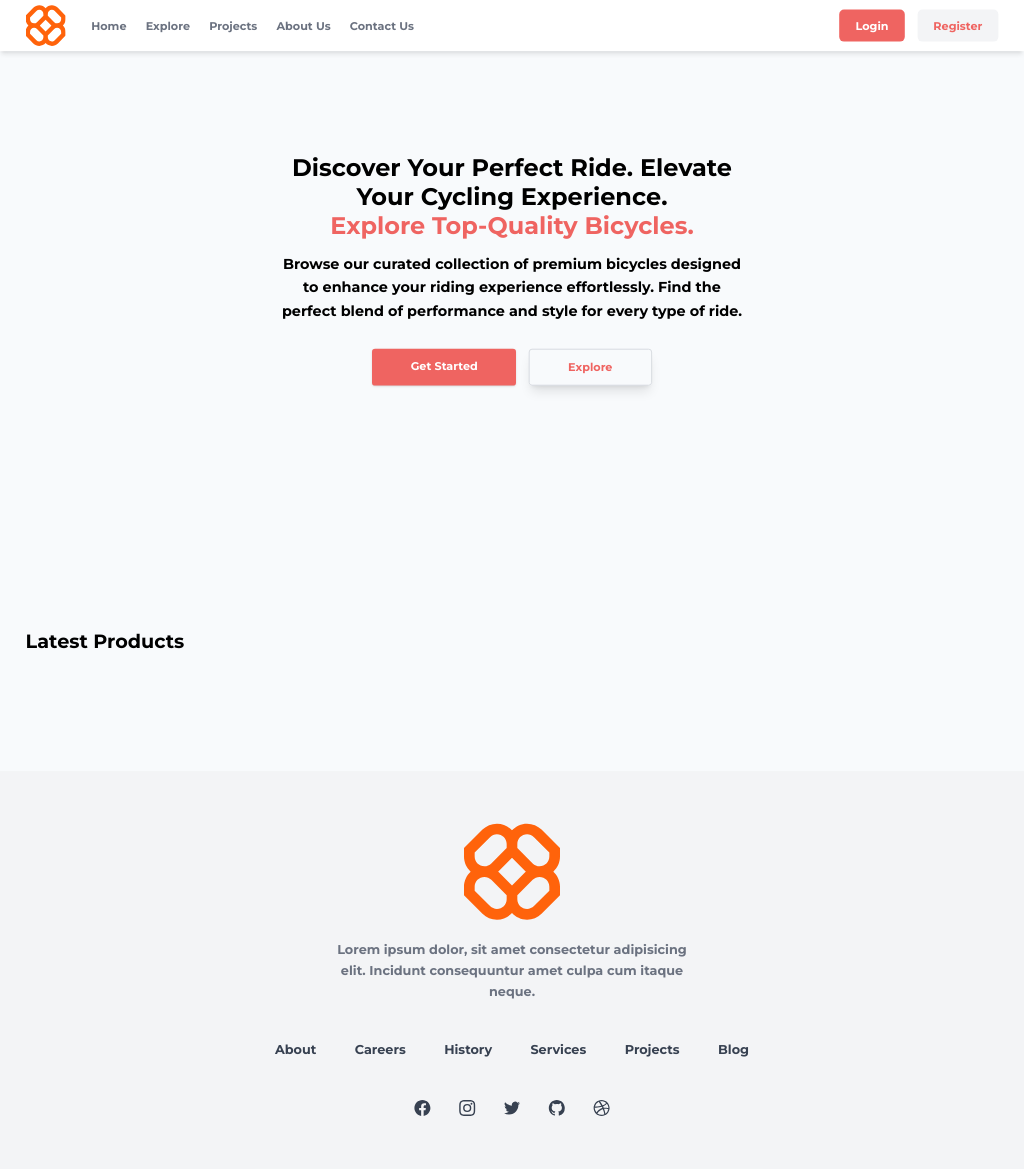
Repository: YahiaSala7/E-commerce-Project
Page: / (app in ecommerce/)
These files come from the project's save history. The page is drawn as it stood at one moment and after the next save; the edit follows.
The browser window is 1280 px wide. The pictures show the whole page, at 80% of full size.
The page's requests for data from a server got no answer. The project was rebuilt for these pictures with package versions that can differ from the ones it lists, and the page was loaded fresh each time. Some packages were replaced by stand-ins written for this rebuild. The framework's server and built-in components were replaced by stand-ins that run in the browser. No one was signed in, and anything a server would have sent is missing. Also part of the build but not shown: ecommerce/next.config.mjs, ecommerce/app/_Components/Cart.jsx, ecommerce/app/_Components/ProductItem.jsx.

Above is the page before, as saved 2024-07-30 20:58:00.

### ecommerce/app/layout.js
"use client";
import { Montserrat } from "next/font/google";
import "./globals.css";
import Header from "./_Components/Header";
import Footer from "./_Components/Footer";
import { ClerkProvider } from "@clerk/nextjs";
import { cartContext } from "./_context/cartContext";
import { useState } from "react";
const inter = Montserrat({ subsets: ["latin"], weight: "700" });

// export const metadata = {
//   title: "Create Next App",
//   description: "Generated by create next app",
// };

export default function RootLayout({ children }) {
  const [cart, setCart] = useState([]);
  return (
    <ClerkProvider>
      <cartContext.Provider value={{ cart, setCart }}>
        <html lang="en">
          <body className={inter.className}>
            <Header />
            {children}
            <Footer />
          </body>
        </html>
      </cartContext.Provider>
    </ClerkProvider>
  );
}

### ecommerce/app/page.js
import Image from "next/image";
import Hero from "./_Components/Hero";
import ProductsSection from "./_Components/ProductsSection";

export default function Home() {
  return (
    <div className="home">
      <Hero />
      <ProductsSection />
    </div>
  );
}

### ecommerce/app/globals.css
@tailwind base;
@tailwind components;
@tailwind utilities;

:root {
  /* --foreground-rgb: 0, 0, 0; */
  /* --background-start-rgb: 214, 219, 220;
  --background-end-rgb: 255, 255, 255; */

}

@media (prefers-color-scheme: dark) {
  :root {
    /* --foreground-rgb: 0, 0, 0; */
    /* --background-start-rgb: 0, 0, 0;
    --background-end-rgb: 0, 0, 0; */
  }
}

body {
  @apply bg-slate-50 scroll-smooth
  /* color: rgb(var(--foreground-rgb)); */
  /* background: linear-gradient(
      to bottom,
      transparent,
      rgb(var(--background-end-rgb))
    )
    rgb(var(--background-start-rgb)); */
}

@layer utilities {
  .text-balance {
    text-wrap: balance;
  }
}
.container{
  @apply mx-auto px-4 sm:px-6 lg:px-8
}

### ecommerce/app/_Components/Header.jsx
"use client";
import { UserButton, useUser } from "@clerk/nextjs";
import { ShoppingCart } from "lucide-react";
import React, { useContext, useEffect, useState } from "react";
import { cartContext } from "../_context/cartContext";
import cartApis from "../_utils/cartApis";
import Cart from "./Cart";
function Header() {
  const { user } = useUser();
  const [isCartOpen, setIsCartOpen] = useState(false);
  const { cart, setCart } = useContext(cartContext);
  useEffect(() => {
    user && getCartItems();
  }, [user]);
  const getCartItems = () => {
    cartApis
      .getUserCartItems(user.primaryEmailAddress.emailAddress)
      .then((res) => {
        console.log("response from cart items", res?.data?.data);
        res?.data?.data.forEach((citem) => {
          setCart((oldCart) => [
            ...oldCart,
            {
              id: citem.id,
              product: citem?.attributes?.products?.data[0],
            },
          ]);
        });
      });
  };
  return (
    <header className="bg-white shadow-md">
      <div className="container flex items-center h-16 max-w-screen-xl gap-8 px-4 mx-auto sm:px-6 lg:px-8">
        <img src="/logo.svg" width={"50px"} height={"50px"} />

        <div className="flex items-center justify-end flex-1 md:justify-between">
          <nav aria-label="Global" className="hidden md:block">
            <ul className="flex items-center gap-6 text-sm">
              <li>
                <a
                  className="text-gray-500 transition hover:text-gray-500/75"
                  href="/">
                  {" "}
                  Home{" "}
                </a>
              </li>

              <li>
                <a
                  className="text-gray-500 transition hover:text-gray-500/75"
                  href="#">
                  {" "}
                  Explore{" "}
                </a>
              </li>

              <li>
                <a
                  className="text-gray-500 transition hover:text-gray-500/75"
                  href="#">
                  {" "}
                  Projects{" "}
                </a>
              </li>

              <li>
                <a
                  className="text-gray-500 transition hover:text-gray-500/75"
                  href="#">
                  {" "}
                  About Us{" "}
                </a>
              </li>

              <li>
                <a
                  className="text-gray-500 transition hover:text-gray-500/75"
                  href="#">
                  {" "}
                  Contact Us{" "}
                </a>
              </li>
            </ul>
          </nav>

          {!user ? (
            <div className="flex items-center gap-4">
              <div className="sm:flex sm:gap-4">
                <a
                  className="block rounded-md bg-primary px-5 py-2.5 text-sm font-medium text-white transition hover:bg-secondary "
                  href="/sign-in">
                  Login
                </a>

                <a
                  className="hidden rounded-md bg-gray-100 px-5 py-2.5 text-sm font-medium text-primary transition hover:text-secondary sm:block"
                  href="/sign-up">
                  Register
                </a>
              </div>

              <button className="block rounded bg-gray-100 p-2.5 text-gray-600 transition hover:text-gray-600/75 md:hidden">
                <span className="sr-only">Toggle menu</span>
                <svg
                  xmlns="http://www.w3.org/2000/svg"
                  className="w-5 h-5"
                  fill="none"
                  viewBox="0 0 24 24"
                  stroke="currentColor"
                  strokeWidth="2">
                  <path
                    strokeLinecap="round"
                    strokeLinejoin="round"
                    d="M4 6h16M4 12h16M4 18h16"
                  />
                </svg>
              </button>
            </div>
          ) : (
            <div className="flex items-center gap-5">
              <h2 className="flex items-center gap-2">
                <ShoppingCart onClick={() => setIsCartOpen(!isCartOpen)} />(
                {cart?.length})
              </h2>
              <UserButton afterSwitchSessionUrl="/" />
              {isCartOpen ? <Cart /> : ""}
            </div>
          )}
        </div>
      </div>
    </header>
  );
}

export default Header;

### ecommerce/app/_Components/Footer.jsx
" use client";
import { useUser } from "@clerk/nextjs";
import Image from "next/image";
import React from "react";

function Footer() {
  const { user } = useUser();
  return (
    <footer className="mt-32 bg-gray-100">
      <div className="max-w-5xl px-4 py-16 mx-auto sm:px-6 lg:px-8">
        <div className="flex justify-center text-teal-600">
          <Image src="/logo.svg" alt="logo" width={120} height={70} />
        </div>

        <p className="max-w-md mx-auto mt-6 leading-relaxed text-center text-gray-500">
          Lorem ipsum dolor, sit amet consectetur adipisicing elit. Incidunt
          consequuntur amet culpa cum itaque neque.
        </p>

        <ul className="flex flex-wrap justify-center gap-6 mt-12 md:gap-8 lg:gap-12">
          <li>
            <a
              className="text-gray-700 transition hover:text-gray-700/75"
              href="/">
              About
            </a>
          </li>

          <li>
            <a
              className="text-gray-700 transition hover:text-gray-700/75"
              href="/">
              Careers
            </a>
          </li>

          <li>
            <a
              className="text-gray-700 transition hover:text-gray-700/75"
              href="/">
              {" "}
              History{" "}
            </a>
          </li>

          <li>
            <a
              className="text-gray-700 transition hover:text-gray-700/75"
              href="/">
              {" "}
              Services{" "}
            </a>
          </li>

          <li>
            <a
              className="text-gray-700 transition hover:text-gray-700/75"
              href="/">
              {" "}
              Projects{" "}
            </a>
          </li>

          <li>
            <a
              className="text-gray-700 transition hover:text-gray-700/75"
              href="/">
              {" "}
              Blog{" "}
            </a>
          </li>
        </ul>

        <ul className="flex justify-center gap-6 mt-12 md:gap-8">
          <li>
            <a
              href="/"
              rel="noreferrer"
              target="_blank"
              className="text-gray-700 transition hover:text-gray-700/75">
              <span className="sr-only">Facebook</span>
              <svg
                className="w-6 h-6"
                fill="currentColor"
                viewBox="0 0 24 24"
                aria-hidden="true">
                <path
                  fillRule="evenodd"
                  d="M22 12c0-5.523-4.477-10-10-10S2 6.477 2 12c0 4.991 3.657 9.128 8.438 9.878v-6.987h-2.54V12h2.54V9.797c0-2.506 1.492-3.89 3.777-3.89 1.094 0 2.238.195 2.238.195v2.46h-1.26c-1.243 0-1.63.771-1.63 1.562V12h2.773l-.443 2.89h-2.33v6.988C18.343 21.128 22 16.991 22 12z"
                  clipRule="evenodd"
                />
              </svg>
            </a>
          </li>

          <li>
            <a
              href="/"
              rel="noreferrer"
              target="_blank"
              className="text-gray-700 transition hover:text-gray-700/75">
              <span className="sr-only">Instagram</span>
              <svg
                className="w-6 h-6"
                fill="currentColor"
                viewBox="0 0 24 24"
                aria-hidden="true">
                <path
                  fillRule="evenodd"
                  d="M12.315 2c2.43 0 2.784.013 3.808.06 1.064.049 1.791.218 2.427.465a4.902 4.902 0 011.772 1.153 4.902 4.902 0 011.153 1.772c.247.636.416 1.363.465 2.427.048 1.067.06 1.407.06 4.123v.08c0 2.643-.012 2.987-.06 4.043-.049 1.064-.218 1.791-.465 2.427a4.902 4.902 0 01-1.153 1.772 4.902 4.902 0 01-1.772 1.153c-.636.247-1.363.416-2.427.465-1.067.048-1.407.06-4.123.06h-.08c-2.643 0-2.987-.012-4.043-.06-1.064-.049-1.791-.218-2.427-.465a4.902 4.902 0 01-1.772-1.153 4.902 4.902 0 01-1.153-1.772c-.247-.636-.416-1.363-.465-2.427-.047-1.024-.06-1.379-.06-3.808v-.63c0-2.43.013-2.784.06-3.808.049-1.064.218-1.791.465-2.427a4.902 4.902 0 011.153-1.772A4.902 4.902 0 015.45 2.525c.636-.247 1.363-.416 2.427-.465C8.901 2.013 9.256 2 11.685 2h.63zm-.081 1.802h-.468c-2.456 0-2.784.011-3.807.058-.975.045-1.504.207-1.857.344-.467.182-.8.398-1.15.748-.35.35-.566.683-.748 1.15-.137.353-.3.882-.344 1.857-.047 1.023-.058 1.351-.058 3.807v.468c0 2.456.011 2.784.058 3.807.045.975.207 1.504.344 1.857.182.466.399.8.748 1.15.35.35.683.566 1.15.748.353.137.882.3 1.857.344 1.054.048 1.37.058 4.041.058h.08c2.597 0 2.917-.01 3.96-.058.976-.045 1.505-.207 1.858-.344.466-.182.8-.398 1.15-.748.35-.35.566-.683.748-1.15.137-.353.3-.882.344-1.857.048-1.055.058-1.37.058-4.041v-.08c0-2.597-.01-2.917-.058-3.96-.045-.976-.207-1.505-.344-1.858a3.097 3.097 0 00-.748-1.15 3.098 3.098 0 00-1.15-.748c-.353-.137-.882-.3-1.857-.344-1.023-.047-1.351-.058-3.807-.058zM12 6.865a5.135 5.135 0 110 10.27 5.135 5.135 0 010-10.27zm0 1.802a3.333 3.333 0 100 6.666 3.333 3.333 0 000-6.666zm5.338-3.205a1.2 1.2 0 110 2.4 1.2 1.2 0 010-2.4z"
                  clipRule="evenodd"
                />
              </svg>
            </a>
          </li>

          <li>
            <a
              href="/"
              rel="noreferrer"
              target="_blank"
              className="text-gray-700 transition hover:text-gray-700/75">
              <span className="sr-only">Twitter</span>
              <svg
                className="w-6 h-6"
                fill="currentColor"
                viewBox="0 0 24 24"
                aria-hidden="true">
                <path d="M8.29 20.251c7.547 0 11.675-6.253 11.675-11.675 0-.178 0-.355-.012-.53A8.348 8.348 0 0022 5.92a8.19 8.19 0 01-2.357.646 4.118 4.118 0 001.804-2.27 8.224 8.224 0 01-2.605.996 4.107 4.107 0 00-6.993 3.743 11.65 11.65 0 01-8.457-4.287 4.106 4.106 0 001.27 5.477A4.072 4.072 0 012.8 9.713v.052a4.105 4.105 0 003.292 4.022 4.095 4.095 0 01-1.853.07 4.108 4.108 0 003.834 2.85A8.233 8.233 0 012 18.407a11.616 11.616 0 006.29 1.84" />
              </svg>
            </a>
          </li>

          <li>
            <a
              href="/"
              rel="noreferrer"
              target="_blank"
              className="text-gray-700 transition hover:text-gray-700/75">
              <span className="sr-only">GitHub</span>
              <svg
                className="w-6 h-6"
                fill="currentColor"
                viewBox="0 0 24 24"
                aria-hidden="true">
                <path
                  fillRule="evenodd"
                  d="M12 2C6.477 2 2 6.484 2 12.017c0 4.425 2.865 8.18 6.839 9.504.5.092.682-.217.682-.483 0-.237-.008-.868-.013-1.703-2.782.605-3.369-1.343-3.369-1.343-.454-1.158-1.11-1.466-1.11-1.466-.908-.62.069-.608.069-.608 1.003.07 1.531 1.032 1.531 1.032.892 1.53 2.341 1.088 2.91.832.092-.647.35-1.088.636-1.338-2.22-.253-4.555-1.113-4.555-4.951 0-1.093.39-1.988 1.029-2.688-.103-.253-.446-1.272.098-2.65 0 0 .84-.27 2.75 1.026A9.564 9.564 0 0112 6.844c.85.004 1.705.115 2.504.337 1.909-1.296 2.747-1.027 2.747-1.027.546 1.379.202 2.398.1 2.651.64.7 1.028 1.595 1.028 2.688 0 3.848-2.339 4.695-4.566 4.943.359.309.678.92.678 1.855 0 1.338-.012 2.419-.012 2.747 0 .268.18.58.688.482A10.019 10.019 0 0022 12.017C22 6.484 17.522 2 12 2z"
                  clipRule="evenodd"
                />
              </svg>
            </a>
          </li>

          <li>
            <a
              href="/"
              rel="noreferrer"
              target="_blank"
              className="text-gray-700 transition hover:text-gray-700/75">
              <span className="sr-only">Dribbble</span>
              <svg
                className="w-6 h-6"
                fill="currentColor"
                viewBox="0 0 24 24"
                aria-hidden="true">
                <path
                  fillRule="evenodd"
                  d="M12 2C6.48 2 2 6.48 2 12s4.48 10 10 10c5.51 0 10-4.48 10-10S17.51 2 12 2zm6.605 4.61a8.502 8.502 0 011.93 5.314c-.281-.054-3.101-.629-5.943-.271-.065-.141-.12-.293-.184-.445a25.416 25.416 0 00-.564-1.236c3.145-1.28 4.577-3.124 4.761-3.362zM12 3.475c2.17 0 4.154.813 5.662 2.148-.152.216-1.443 1.941-4.48 3.08-1.399-2.57-2.95-4.675-3.189-5A8.687 8.687 0 0112 3.475zm-3.633.803a53.896 53.896 0 013.167 4.935c-3.992 1.063-7.517 1.04-7.896 1.04a8.581 8.581 0 014.729-5.975zM3.453 12.01v-.26c.37.01 4.512.065 8.775-1.215.25.477.477.965.694 1.453-.109.033-.228.065-.336.098-4.404 1.42-6.747 5.303-6.942 5.629a8.522 8.522 0 01-2.19-5.705zM12 20.547a8.482 8.482 0 01-5.239-1.8c.152-.315 1.888-3.656 6.703-5.337.022-.01.033-.01.054-.022a35.318 35.318 0 011.823 6.475 8.4 8.4 0 01-3.341.684zm4.761-1.465c-.086-.52-.542-3.015-1.659-6.084 2.679-.423 5.022.271 5.314.369a8.468 8.468 0 01-3.655 5.715z"
                  clipRule="evenodd"
                />
              </svg>
            </a>
          </li>
        </ul>
      </div>
    </footer>
  );
}

export default Footer;

### ecommerce/app/_context/cartContext.js
import { createContext } from "react";

export const cartContext = createContext(null);

### ecommerce/app/_Components/Hero.jsx
"use client";
import { useUser } from "@clerk/nextjs";
import React from "react";

function Hero() {
  const handlescroll = () => {
    window.scrollBy({
      top: 700,
      behavior: "smooth",
    });
  };
  const { user } = useUser();
  return (
    <section className="">
      <div className="max-w-screen-xl px-4 py-32 mx-auto lg:flex lg:h-screen">
        <div className="max-w-xl mx-auto text-center">
          <h1 className="text-2xl font-extrabold sm:text-3xl ">
            Discover Your Perfect Ride. Elevate Your Cycling Experience.
            <strong className="font-extrabold text-primary sm:block">
              {" "}
              Explore Top-Quality Bicycles.{" "}
            </strong>
          </h1>

          <p className="mt-4 sm:text-[18px]/relaxed">
            Browse our curated collection of premium bicycles designed to
            enhance your riding experience effortlessly. Find the perfect blend
            of performance and style for every type of ride.
          </p>

          <div className="flex flex-wrap justify-center gap-4 mt-8">
            {!user && (
              <a
                className="block w-full px-12 py-3 text-sm font-medium text-white rounded shadow bg-primary hover:bg-secondary focus:outline-none focus:ring active:bg-red-500 sm:w-auto scroll-smooth"
                href="/sign-up">
                Get Started
              </a>
            )}
            <button
              className="block w-full px-12 py-3 text-sm font-medium border border-gray-300 rounded shadow-lg text-primary hover:text-secondary focus:outline-none focus:ring active:text-red-500 sm:w-auto"
              onClick={() => handlescroll()}>
              Explore
            </button>
          </div>
        </div>
      </div>
    </section>
  );
}

export default Hero;

### ecommerce/app/_Components/ProductsSection.jsx
import React from "react";
import LatestProducts from "./LatestProducts";
import { ArrowRight } from "lucide-react";

function ProductsSection() {
  return (
    <>
      <div className="flex items-center justify-between px-4 pb-4 mx-auto latest-products sm:px-6 lg:px-8">
        <h2 className="text-[14px] sm:text-[20px] md:text-[24px] xs:text-[18px]">
          Latest Products
        </h2>
        {/* <h4 className="text-primary flex  items-center text-[14px] sm:text-[20px] md:text-[24px] xs:text-[18px]">
          View all collection{" "}
          <ArrowRight className="w-4 h-4 text-primary mt-[1px]" />{" "}
        </h4> */}
      </div>
      <LatestProducts />
    </>
  );
}

export default ProductsSection;

### ecommerce/app/_utils/cartApis.js
const { default: dataFetching } = require("./dataFetching");

const addToCart = (payload) => dataFetching.post("/carts", payload);
const getUserCartItems = (email) =>
  dataFetching.get(
    `carts?populate[products][populate]=image&filters[email][$eq]=${email}`
  );
const deleteCartItem = (id) => dataFetching.delete(`/carts/${id}`);

export default { addToCart, getUserCartItems, deleteCartItem };

### ecommerce/app/_Components/LatestProducts.jsx
"use client";
import React, { useEffect, useState } from "react";
import ProdcutApis from "../_utils/ProdcutApis";
import ProductItem from "./ProductItem";

function LatestProducts() {
  const [latestProducts, setLatestProducts] = useState([]);
  useEffect(() => {
    getLatestProducts_();
  }, []);
  const getLatestProducts_ = () => {
    ProdcutApis.getLatestProducts().then((res) => {
      setLatestProducts(res.data.data);
    });
  };

  return (
    <div className="grid grid-cols-2 gap-3 px-4 mx-auto sm:grid-col-3 md:grid-cols-4 sm:px-6 lg:px-8">
      {latestProducts?.map((product) => (
        <ProductItem key={product.id} product={product} />
      ))}
    </div>
  );
}

export default LatestProducts;

### ecommerce/app/_utils/dataFetching.js
const { default: axios } = require("axios");

const apiKey = process.env.NEXT_PUBLIC_REST_API_KEY;
const baseUrl = "http://localhost:1337/api";

const dataFetching = axios.create({
  baseURL: baseUrl,
  headers: {
    Authorization: `Bearer ${apiKey}`,
  },
});

export default dataFetching;

### ecommerce/app/_utils/ProdcutApis.js
const { default: dataFetching } = require("./dataFetching");

const getLatestProducts = () => dataFetching.get("/products?populate=*");
const getProductById = (id) => dataFetching.get(`/products/${id}?populate=*`);
const getProductByCategory = (category) =>
  dataFetching.get(`/products?filters[category][$eq]=${category}&populate=*`);
export default {
  getLatestProducts,
  getProductById,
  getProductByCategory,
};

### ecommerce/tailwind.config.js
/** @type {import('tailwindcss').Config} */
module.exports = {
  content: [
    "./pages/**/*.{js,ts,jsx,tsx,mdx}",
    "./components/**/*.{js,ts,jsx,tsx,mdx}",
    "./app/**/*.{js,ts,jsx,tsx,mdx}",
  ],
  theme: {
    extend: {
      backgroundImage: {
        "gradient-radial": "radial-gradient(var(--tw-gradient-stops))",
        "gradient-conic":
          "conic-gradient(from 180deg at 50% 50%, var(--tw-gradient-stops))",
      },
      colors: {
        primary: "#EF6461",
        secondary: " #B83D3A",
      },
      screens: {
        xs: "480px", // Custom breakpoint for extra small devices
        "3xl": "1600px", // Custom breakpoint for very large screens
      },
    },
  },
  plugins: [],
};

After the next save:
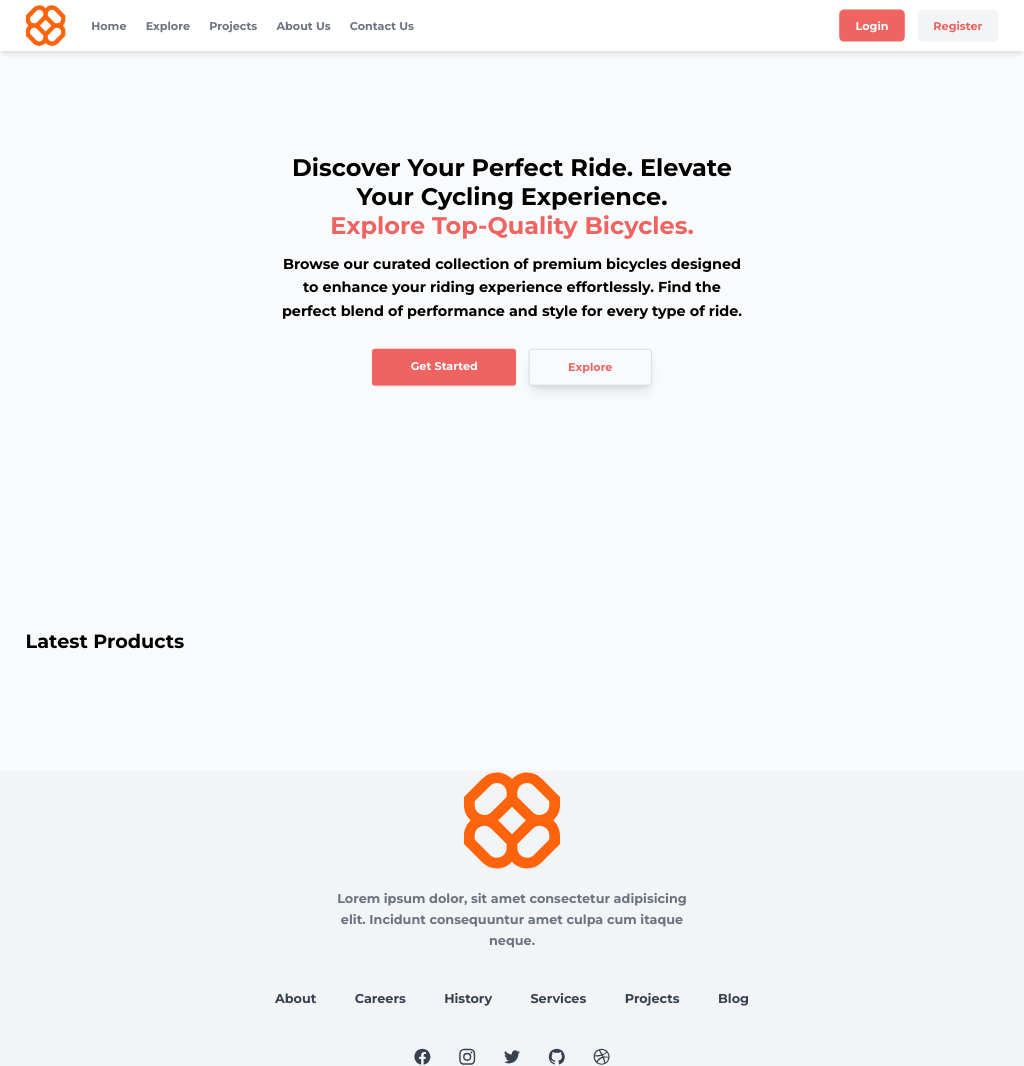
Saved 33 s later.
--- a/ecommerce/app/_Components/Footer.jsx
+++ b/ecommerce/app/_Components/Footer.jsx
@@ -7,7 +7,7 @@ function Footer() {
   const { user } = useUser();
   return (
     <footer className="mt-32 bg-gray-100">
-      <div className="max-w-5xl px-4 py-16 mx-auto sm:px-6 lg:px-8">
+      <div className="max-w-5xl px-4 mx-auto sm:px-6 lg:px-8">
         <div className="flex justify-center text-teal-600">
           <Image src="/logo.svg" alt="logo" width={120} height={70} />
         </div>
